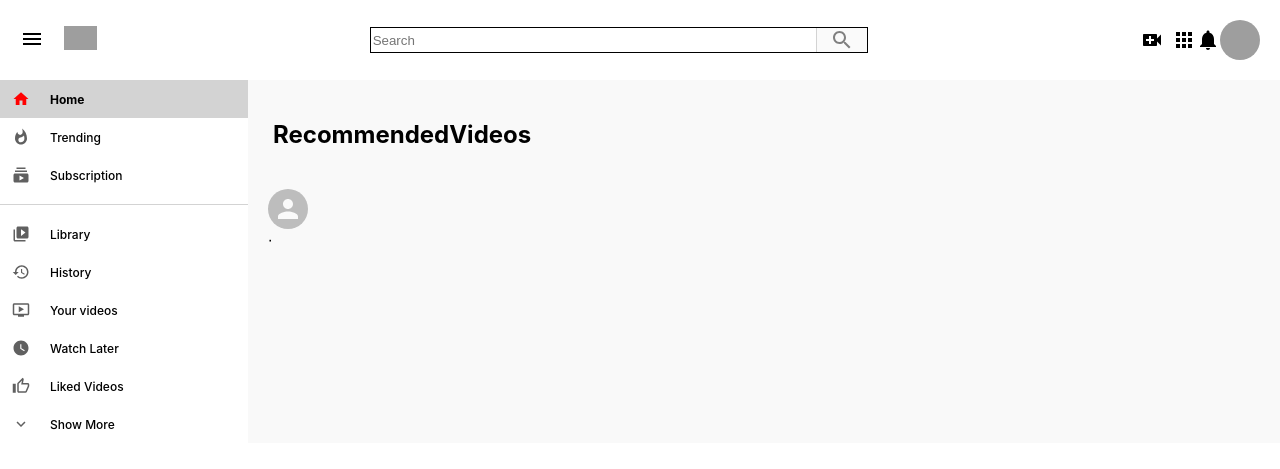
Repository: SubhashiniSundaresan/youtube-clone
Page: /
An editor plug-in stored every save of this project. The page is shown before and after the next save, followed by the edit.
The browser window is 1280 px wide. The pictures show the whole page.
Pictures or frames that could not be fetched are drawn as grey boxes. The project was rebuilt for these pictures with package versions that can differ from the ones it lists, and the page was loaded fresh each time.

Above is the page before, as saved 2020-12-24 12:46:07.

### src/App.js
import "./App.css";
import Header from "./Header";
import RecommendedVideos from "./RecommendedVideos";
import Sidebar from "./Sidebar";

function App() {
  return (
    <div className='app'>
      <Header />
      <div className='app__page'>
        <Sidebar />
        <RecommendedVideos />
      </div>
    </div>
  );
}

export default App;

### src/App.css
.app__page {
    display: flex;

}

### src/Header.js
import React from "react";
import MenuIcon from "@material-ui/icons/Menu";
import { Apps, Notifications, Search, VideoCall } from "@material-ui/icons";
import { Avatar } from "@material-ui/core";
import "./Header.css";
function Header() {
  return (
    <div className='header'>
      <div className='header__left'>
        <MenuIcon />
        <img
          className='header__logo'
          src='https://upload.wikimedia.org/wikipedia/commons/thumb/a/af/Youtube.png/320px-Youtube.png'
          alt=''></img>
      </div>

      <div className='header__input'>
        <input placeholder='Search' type='text'></input>
        <Search className='header__inputButton' />
      </div>
      <div className='header__icons'>
        <VideoCall className='header__icon' />
        <Apps />
        <Notifications />
        <Avatar
          alt='subhashini'
          src='https://yt3.ggpht.com/yti/ANoDKi4bv7sfd1_sBv-rZAj3JLY49-VUpVyAS2WmagLTqA=s108-c-k-c0x00ffffff-no-rj'
        />
      </div>
    </div>
  );
}

export default Header;

### src/RecommendedVideos.js
import React from "react";
import "./RecommendedVideos.css";
import VideoCard from "./VideoCard";

function RecommendedVideos() {
  return (
    <div className='recommendedVideos'>
      <h2>RecommendedVideos</h2>
      <div className='recommendedVideos__videos'>
        <VideoCard />
      </div>
    </div>
  );
}

export default RecommendedVideos;

### src/Sidebar.js
import {
  ExpandMoreOutlined,
  History,
  Home,
  OndemandVideo,
  Subscriptions,
  ThumbUpAltOutlined,
  VideoLibrary,
  WatchLater,
  Whatshot,
} from "@material-ui/icons";
import React from "react";
import "./Sidebar.css";
import SidebarRow from "./SidebarRow";

function Sidebar() {
  var sidebarLinks = [
    { icon: VideoLibrary, title: "Library" },
    { icon: History, title: "History" },
    { icon: OndemandVideo, title: "Your videos" },
    { icon: WatchLater, title: "Watch Later" },
    { icon: ThumbUpAltOutlined, title: "Liked Videos" },
    { icon: ExpandMoreOutlined, title: "Show More" },
  ];
  const listItems = sidebarLinks.map((link) => (
    <SidebarRow Icon={link.icon} title={link.title} />
  ));
  return (
    <div className='sidebar'>
      <SidebarRow selected Icon={Home} title='Home' />
      <SidebarRow Icon={Whatshot} title='Trending' />
      <SidebarRow Icon={Subscriptions} title='Subscription' />
      <hr />
      {listItems}
    </div>
  );
}

export default Sidebar;

### src/Header.css
.header {
    display: flex;
align-items: center;
justify-content: space-between;
padding: 20px;
position: sticky;
top: 0;
z-index:100;
background-color: white;
}

.header__logo {
    height: 25px;
    object-fit: contain;
    margin-left: 20px;

}

.header__icons {
    display: flex;
align-items: center;


}

.header__input {
    display: flex;
align-items: center;
border: 1px solid black;
width: 40%;
}


.header__inputButton {
    width: 50px !important;
    background-color: #fafafa;
    border-left: 1px solid lightgray;
    color: gray;
}

.header__input > input {
    flex:1;
    border: none;
}

.header__icon {
    margin-right: 8px;
}

### src/RecommendedVideos.css
.recommendedVideos {
    flex: 0.8;
    background-color: #f9f9f9;
    padding: 40px 20px;
    padding-bottom: 0;
}

.recommendedVideos > h2 {
    margin-left: 5px;
    margin-bottom: 20px;
}

### src/VideoCard.js
import { Avatar } from "@material-ui/core";
import React from "react";

function VideoCard({ image, title, channel, views, timestamp, channelImage }) {
  return (
    <div className='videoCard'>
      <img src={image} alt=''></img>
      <div className='videoCard__info'>
        <Avatar
          className='videoCard__avatar'
          alt={channel}
          src={channelImage}></Avatar>
        <div className='video__text'>
          <h4>{title}</h4>
          <p>{channel}</p>
          <p>
            {views} &#8729; {timestamp}
          </p>
        </div>
      </div>
    </div>
  );
}

export default VideoCard;

### src/Sidebar.css
.sidebar {
    flex: 0.2;
}

.sidebar > hr {
    height: 1px;
    border: 0;
    background-color: lightgray;
    margin-top: 10px;
    margin-top: 10px;
    margin-bottom: 10px;
}

### src/SidebarRow.js
import React from "react";
import "./SideBarRow.css";
function SidebarRow({ selected, Icon, title }) {
  return (
    <div className={`sidebarRow ${selected && "selected"}`}>
      <Icon className='sidebarRow__icon' />
      <h2 className='sidebarRow__title'>{title}</h2>
    </div>
  );
}

export default SidebarRow;

### src/SideBarRow.css
.sidebarRow {
    display: flex;
    align-items: center;
    padding: 10px 12px;
}

.sidebarRow__icon {
color: #606060;
font-size: large !important;

}

.sidebarRow__title {
    flex: 1;
    margin-left: 20px;
    font-size: 12px;
    font-weight: 500;
}

.sidebarRow:hover {
background-color: lightgray;
cursor: pointer;
}

.sidebarRow:hover > .sidebarRow__icon{
    color: red;
    }

    .sidebarRow:hover > .sidebarRow__title{
        font-weight: bold;

        }

        .sidebarRow.selected >.sidebarRow__icon {
            color: red;
        }

         .sidebarRow.selected >.sidebarRow__title {
             font-weight: bold;

         }

                  .sidebarRow.selected {
                      background-color: lightgray;

                  }

Loaded but not shown: public/index.html (common file); src/index.js (common file); src/index.css (common file); src/reportWebVitals.js (common file)

After the next save:
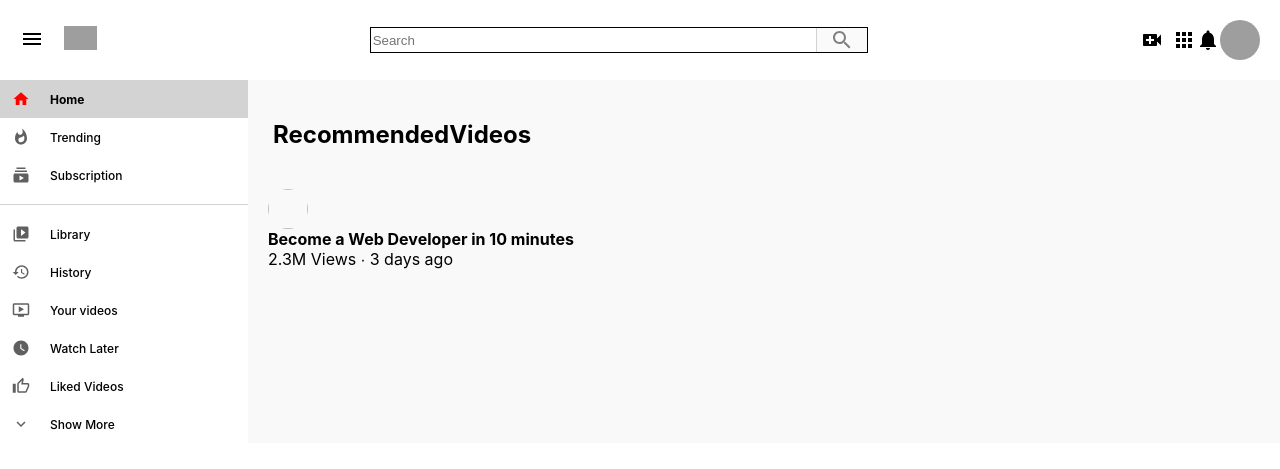
Saved 31 h 31 min later.
--- a/src/RecommendedVideos.js
+++ b/src/RecommendedVideos.js
@@ -7,7 +7,12 @@
     <div className='recommendedVideos'>
       <h2>RecommendedVideos</h2>
       <div className='recommendedVideos__videos'>
-        <VideoCard />
+        <VideoCard
+          title='Become a Web Developer in 10 minutes'
+          views='2.3M Views'
+          timestamp='3 days ago'
+          channelImage
+        />
       </div>
     </div>
   );
